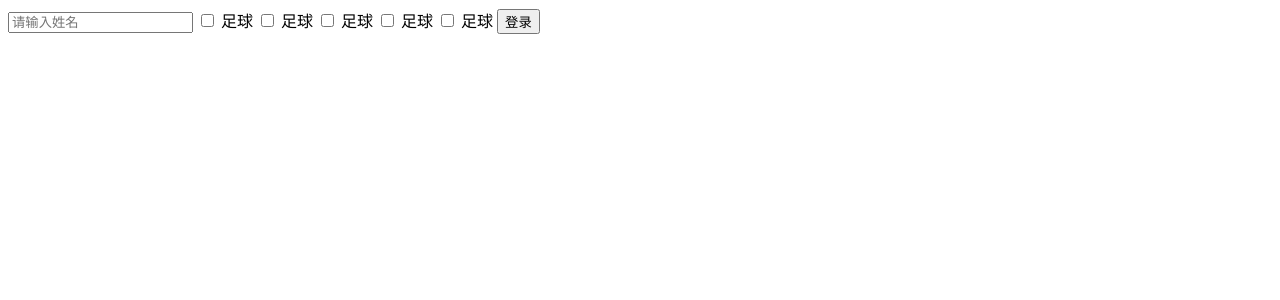
Repository: juyuan2000/java
Page: Servlet-jsp/day2-ee/WebContent/html/input.html
The author's editor kept a copy of each file at every save. The page is drawn from the files as they stood at one save, then again after the next save.
The browser window is 1280 px wide. The pictures show the whole page.

Above is the page before, as saved 2019-05-22 03:18:12.

### Servlet-jsp/day2-ee/WebContent/html/input.html
<!DOCTYPE html>
<html>
<head>
<meta charset="UTF-8">
<title>Insert title here</title>
</head>
<body>
	<form action='' method="get">
		<input type="text" name="姓名" placeholder="请输入姓名">
		<input type="checkbox" value="足球"> 足球
		<input type="checkbox" value="足球"> 足球
		<input type="checkbox" value="足球"> 足球
		<input type="checkbox" value="足球"> 足球
		<input type="checkbox" value="足球"> 足球
		<input type="submit" value='登录'>

	</form>

</body>
</html>

After the next save:
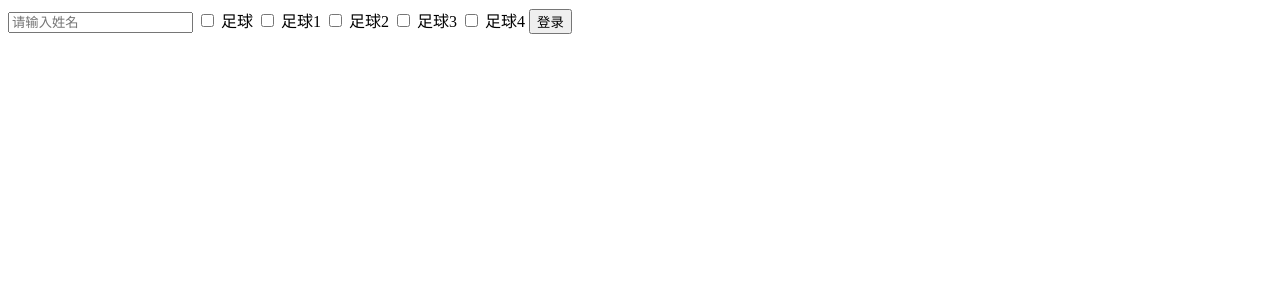
Saved 24 s later.
--- a/Servlet-jsp/day2-ee/WebContent/html/input.html
+++ b/Servlet-jsp/day2-ee/WebContent/html/input.html
@@ -8,10 +8,10 @@
 	<form action='' method="get">
 		<input type="text" name="姓名" placeholder="请输入姓名">
 		<input type="checkbox" value="足球"> 足球
-		<input type="checkbox" value="足球"> 足球
-		<input type="checkbox" value="足球"> 足球
-		<input type="checkbox" value="足球"> 足球
-		<input type="checkbox" value="足球"> 足球
+		<input type="checkbox" value="足球1"> 足球1
+		<input type="checkbox" value="足球2"> 足球2
+		<input type="checkbox" value="足球3"> 足球3
+		<input type="checkbox" value="足球4"> 足球4
 		<input type="submit" value='登录'>
 
 	</form>
